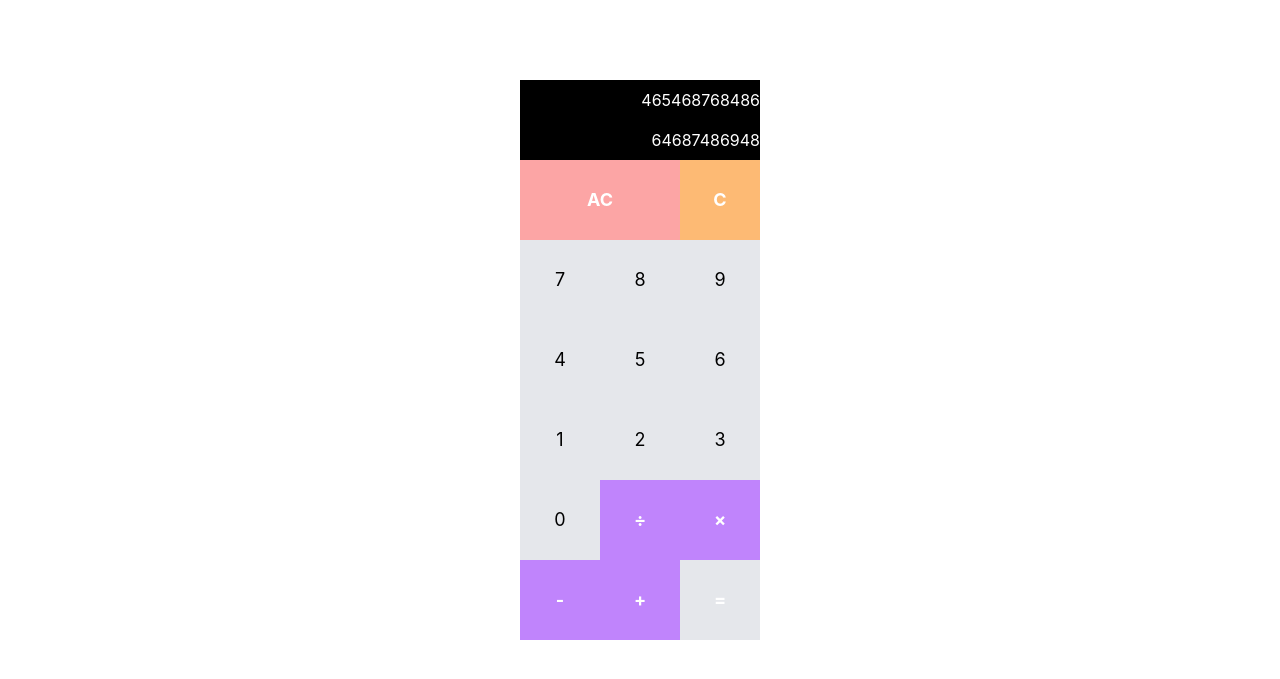
Repository: BrianPhamDev/calculator_app
Page: /
These files come from the project's save history. The page is drawn as it stood at one moment and after the next save; the edit follows.
The browser window is 1280 px wide. The pictures show the whole page.
The project was rebuilt for these pictures with package versions that can differ from the ones it lists, and the page was loaded fresh each time. Also part of the build but not shown: vite.config.js.

Above is the page before, as saved 2024-01-09 14:39:45.

### src/App.jsx
import Calculator from "./components/Calculator";

function App() {
  return (
    <>
      <div className="flex items-center justify-center w-screen h-screen">
        <Calculator></Calculator>
      </div>
    </>
  );
}

export default App;

### src/components/Calculator.jsx
import { calculatorButtons } from "../globals/calculator-button-data";
import { useState } from "react";

const Calculator = () => {
  const specialTypes = {
    operator: "bg-purple-400 hover:bg-purple-300 text-white font-bold",
    enter: "bg-blue-400 hover:bg-blue-300 text-white font-bold",
  };
  const specialClasses = {
    ac: "col-span-2 w-40 bg-red-300 text-white font-bold hover:bg-red-400",
    c: "bg-orange-300 text-white font-bold hover:bg-orange-400",
  };

  const [display, setDisplay] = useState();

  return (
    <div className="">
      <div className="w-60 h-20 bg-black text-white flex flex-col items-end justify-around break-words break-all">
        <div className="previous">465468768486</div>
        <div className="current">64687486948</div>
      </div>

      <div className="grid grid-cols-3">
        {calculatorButtons.map((button) => {
          return (
            <div
              key={button.className}
              className={`bg-gray-200 flex items-center justify-center w-20 h-20 hover:bg-slate-300 text-lg  ${
                specialClasses[button.className] || ""
              }
              ${specialTypes[button.type] || ""}`}
            >
              {button.text}
            </div>
          );
        })}
      </div>
    </div>
  );
};

export default Calculator;

### src/globals/calculator-button-data.js
export const calculatorButtons = [
  {
    type: "clear",
    className: "ac",
    text: "AC",
    value: "All Clear",
  },
  {
    type: "clear",
    className: "c",
    text: "C",
    value: "Clear",
  },
  {
    type: "number",
    className: "seven",
    text: 7,
    value: 7,
  },
  {
    type: "number",
    className: "eight",
    text: 8,
    value: 8,
  },
  {
    type: "number",
    className: "nine",
    text: 9,
    value: 9,
  },

  {
    type: "number",
    className: "four",
    text: 4,
    value: 4,
  },
  {
    type: "number",
    className: "five",
    text: 5,
    value: 5,
  },
  {
    type: "number",
    className: "six",
    text: 6,
    value: 6,
  },

  {
    type: "number",
    className: "one",
    text: 1,
    value: 1,
  },
  {
    type: "number",
    className: "two",
    text: 2,
    value: 2,
  },
  {
    type: "number",
    className: "three",
    text: 3,
    value: 3,
  },
  {
    type: "number",
    className: "zero",
    text: 0,
    value: 0,
  },
  {
    type: "operator",
    className: "divide",
    text: "\u00f7",
    value: "Divide",
  },
  {
    type: "operator",
    className: "multiply",
    text: "\u00d7",
    value: "Multiply",
  },
  {
    type: "operator",
    className: "subtract",
    text: "-",
    value: "Subtract",
  },

  {
    type: "operator",
    className: "add",
    text: "+",
    value: "Add",
  },
  {
    type: "enter",
    className: "equal",
    text: "=",
    value: "Equal",
  },
];

Loaded but not shown: index.html (common file); src/main.jsx (common file); src/index.css (common file); tailwind.config.js (common file)

After the next save:
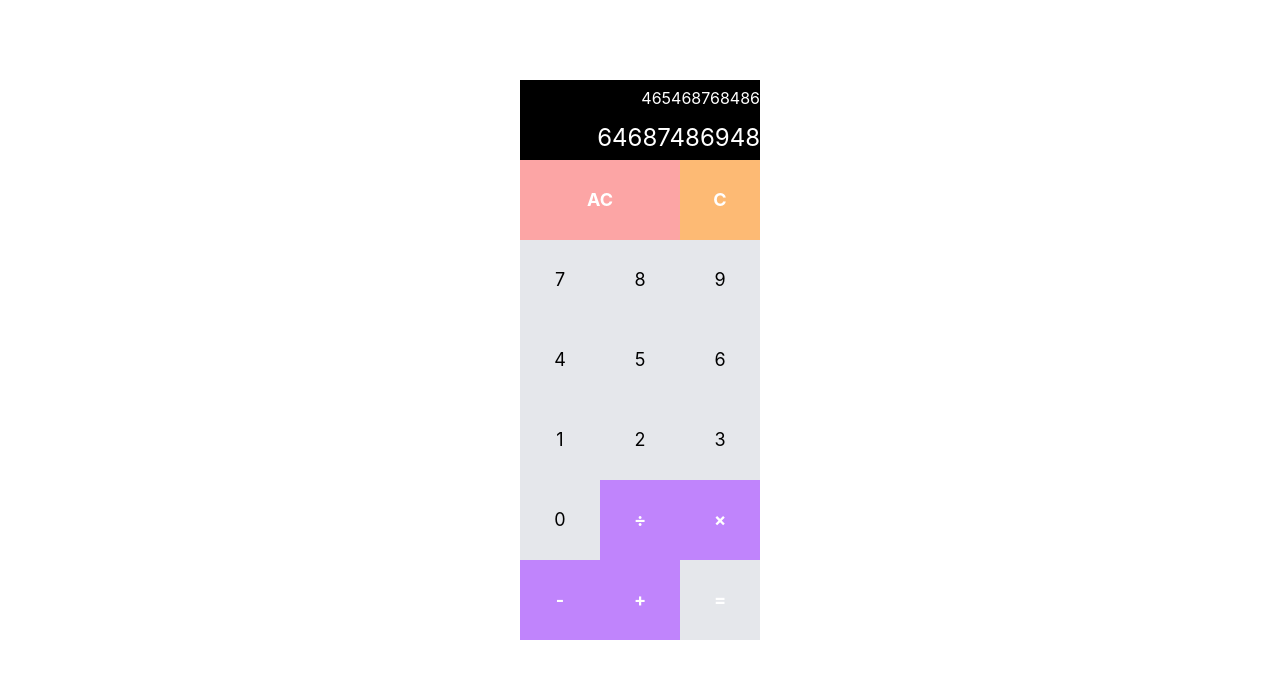
Saved 14 s later.
--- a/src/components/Calculator.jsx
+++ b/src/components/Calculator.jsx
@@ -17,7 +17,7 @@ const Calculator = () => {
     <div className="">
       <div className="w-60 h-20 bg-black text-white flex flex-col items-end justify-around break-words break-all">
         <div className="previous">465468768486</div>
-        <div className="current">64687486948</div>
+        <div className="current text-2xl">64687486948</div>
       </div>
 
       <div className="grid grid-cols-3">
